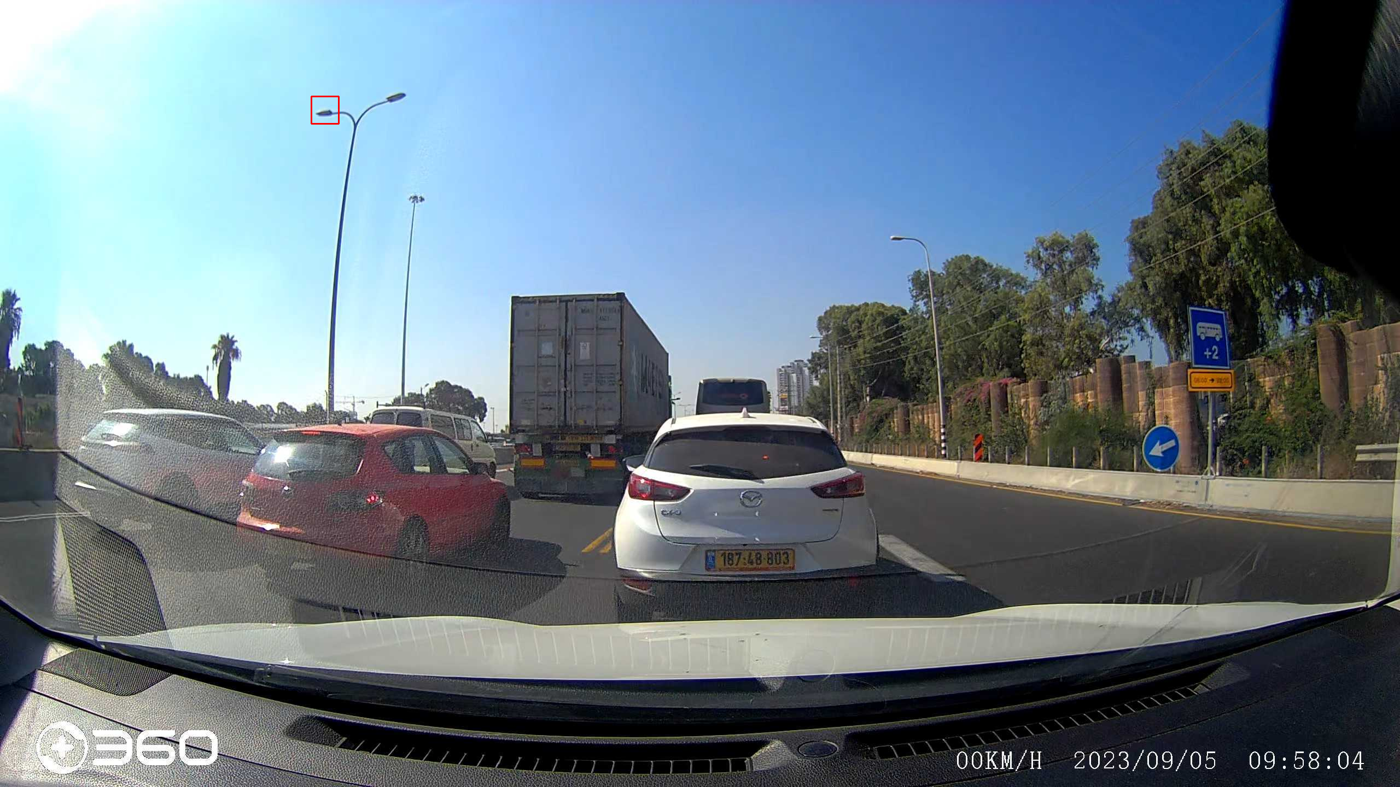
Repository: aliowka/chucha
Script's output: python main.py
The author's editor kept a copy of each file at every save. The script's output is drawn from the files as they stood at one save, then again after a run of saves.
Figures wider than 1,400 px are first shrunk to that width. Random numbers start from a fixed seed. It also reads imgs/car1.jpg.

Above is the script's output before, as saved 2023-09-05 19:22:34.

### main.py
import cv2

img_file = "imgs/car1.jpg"

#pretrain car detector file
classifier_file = 'detectors/cars.xml'

img = cv2.imread(img_file)
black_n_white = cv2.cvtColor(img, cv2.COLOR_BGR2GRAY)
car_tracker = cv2.CascadeClassifier(classifier_file)
cars = car_tracker.detectMultiScale(black_n_white)

for x,y,w,h in cars:
    print("car was detected")
    cv2.rectangle(img, (x,y), (x+w, y+h), (0,0,255), 2)

cv2.imshow('chucha', img)
cv2.waitKey()



print("Code Complete")

Loaded but not shown: detectors/cars.xml (common file); detectors/haarcascade_russian_plate_number.xml (common file)

After the next 3 saves:
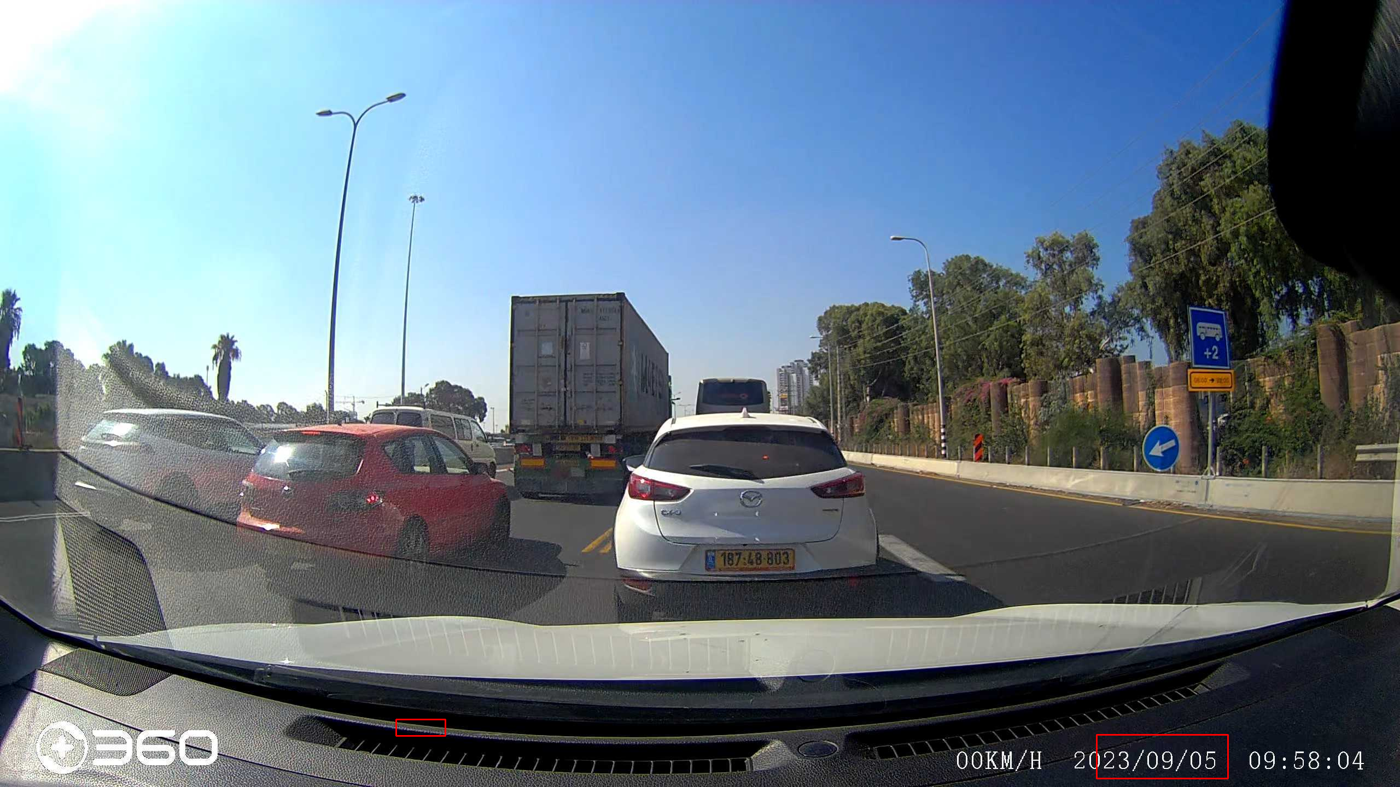
The 3 saves are shown as one change because 2 did not build or start.
The last was saved 3 h 52 min later.
--- a/main.py
+++ b/main.py
@@ -3,7 +3,7 @@
 img_file = "imgs/car1.jpg"
 
 #pretrain car detector file
-classifier_file = 'detectors/cars.xml'
+classifier_file = 'detectors/haarcascade_russian_plate_number.xml'
 
 img = cv2.imread(img_file)
 black_n_white = cv2.cvtColor(img, cv2.COLOR_BGR2GRAY)
